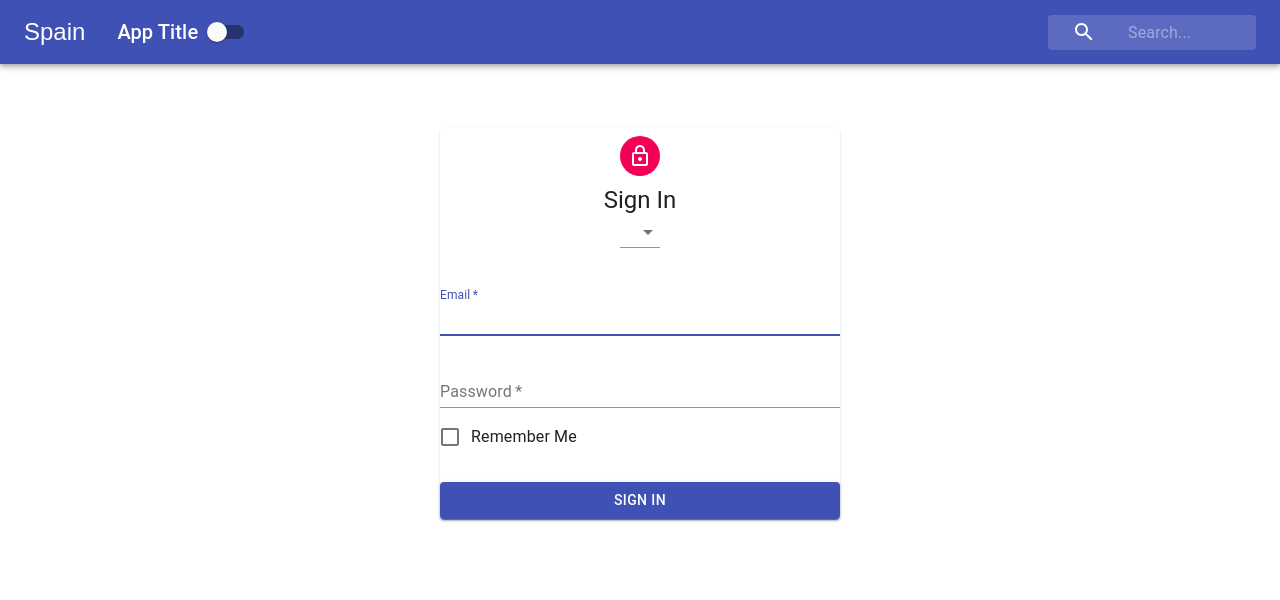
Repository: zhapar/context
Page: /
An editor plug-in stored every save of this project. The page is shown before and after the next save, followed by the edit.
The browser window is 1280 px wide. The pictures show the whole page.
The project was rebuilt for these pictures with package versions that can differ from the ones it lists, and the page was loaded fresh each time.

Above is the page before, as saved 2020-09-29 08:32:20.

### src/App.js
import React from "react";
import Navbar from "./Navbar";
import Form from "./Form";

function App() {
  return (
    <>
      <Navbar />
      <Form />
    </>
  );
}

export default App;

### src/Navbar.js
import React, { Component } from "react";
import AppBar from "@material-ui/core/AppBar";
import Toolbar from "@material-ui/core/Toolbar";
import IconButton from "@material-ui/core/IconButton";
import Typography from "@material-ui/core/Typography";
import InputBase from "@material-ui/core/InputBase";
import SearchIcon from "@material-ui/icons/Search";
import Switch from "@material-ui/core/Switch";
import { withStyles } from "@material-ui/core/styles";
import styles from "./styles/NavBarStyles";

class Navbar extends Component {
  render() {
    const { classes } = this.props;
    return (
      <div className={classes.root}>
        <AppBar position="static" color="primary">
          <Toolbar>
            <IconButton className={classes.menuButton} color="inherit">
              <span>Spain</span>
            </IconButton>
            <Typography className={classes.title} variant="h6" color="inherit">
              App Title
            </Typography>
            <Switch />
            <div className={classes.grow}></div>
            <div className={classes.search}>
              <div className={classes.searchIcon}>
                <SearchIcon />
              </div>
              <InputBase
                placeholder="Search..."
                classes={{
                  root: classes.inputRoot,
                  input: classes.inputInput,
                }}
              />
            </div>
          </Toolbar>
        </AppBar>
      </div>
    );
  }
}

export default withStyles(styles)(Navbar);

### src/Form.js
import React, { Component } from "react";
import Avatar from "@material-ui/core/Avatar";
import Button from "@material-ui/core/Button";
import CssBaseline from "@material-ui/core/CssBaseline";
import FormControl from "@material-ui/core/FormControl";
import FormControlLabel from "@material-ui/core/FormControlLabel";
import Checkbox from "@material-ui/core/Checkbox";
import Input from "@material-ui/core/Input";
import InputLabel from "@material-ui/core/InputLabel";
import LockOutlinedIcon from "@material-ui/icons/LockOutlined";
import Paper from "@material-ui/core/Paper";
import Typography from "@material-ui/core/Typography";
import MenuItem from "@material-ui/core/MenuItem";
import Select from "@material-ui/core/Select";
import withStyles from "@material-ui/core/styles/withStyles";
import styles from "./styles/FormStyles";

class Form extends Component {
  render() {
    const { classes } = this.props;
    return (
      <main className={classes.main}>
        <Paper className={classes.paper}>
          <Avatar className={classes.avatar}>
            <LockOutlinedIcon />
          </Avatar>
          <Typography variant="h5">Sign In</Typography>
          <Select>
            <MenuItem>English</MenuItem>
            <MenuItem>French</MenuItem>
            <MenuItem>Spanish</MenuItem>
          </Select>
          <form className={classes.form}>
            <FormControl margin="normal" required fullWidth>
              <InputLabel htmlFor="email">Email</InputLabel>
              <Input id="email" name="email" autoFocus />
            </FormControl>
            <FormControl margin="normal" required fullWidth>
              <InputLabel htmlFor="password">Password</InputLabel>
              <Input id="password" name="password" />
            </FormControl>
            <FormControlLabel
              control={<Checkbox color="primary" />}
              label="Remember Me"
            />
            <Button
              variant="contained"
              type="submit"
              fullWidth
              color="primary"
              className={classes.submit}
            >
              Sign In
            </Button>
          </form>
        </Paper>
      </main>
    );
  }
}

export default withStyles(styles)(Form);

### src/styles/NavBarStyles.js
import { fade } from "@material-ui/core/styles/colorManipulator";

const styles = (theme) => ({
  root: {
    width: "100%",
    marginBottom: 0,
  },
  grow: {
    flexGrow: 1,
  },
  menuButton: {
    marginLeft: "-12px",
    marginRight: "20px",
  },
  title: {
    display: "none",
    [theme.breakpoints.up("sm")]: {
      display: "block",
    },
  },
  search: {
    position: "relative",
    borderRadius: theme.shape.borderRadius,
    backgroundColor: fade(theme.palette.common.white, 0.15),
    "&:hover": {
      backgroundColor: fade(theme.palette.common.white, 0.25),
    },
    marginLeft: 0,
    width: "100%",
    [theme.breakpoints.up("sm")]: {
      marginLeft: theme.spacing.unit,
      width: "auto",
    },
  },
  searchIcon: {
    width: theme.spacing.unit * 9,
    height: "100%",
    position: "absolute",
    display: "flex",
    alignItems: "center",
    justifyContent: "center",
  },
  inputRoot: {
    color: "inherit",
    width: "100%",
  },
  inputInput: {
    paddingTop: theme.spacing.unit,
    paddingRight: theme.spacing.unit,
    paddingBottom: theme.spacing.unit,
    paddingLeft: theme.spacing.unit * 10,
    transition: theme.transitions.create("width"),
    width: "100%",
    [theme.breakpoints.up("sm")]: {
      width: "120px",
      "&:focus": {
        width: "200px",
      },
    },
  },
});

export default styles;

### src/styles/FormStyles.js
const styles = (theme) => ({
  main: {
    width: "auto",
    display: "block",
    marginLeft: theme.spacing.unit * 3,
    marginRight: theme.spacing.unit * 3,
    [theme.breakpoints.up("md")]: {
      width: 400,
      marginLeft: "auto",
      marginRight: "auto",
    },
  },
  paper: {
    marginTop: theme.spacing.unit * 8,
    display: "flex",
    flexDirection: "column",
    alignItems: "center",
  },
  avatar: {
    margin: theme.spacing.unit,
    backgroundColor: theme.palette.secondary.main,
  },
  form: {
    width: "100%",
    marginTop: theme.spacing.unit * 3,
  },
  submit: {
    marginTop: theme.spacing.unit * 3,
  },
});

export default styles;

Loaded but not shown: public/index.html (common file); src/index.js (common file); src/index.css (common file); src/serviceWorker.js (common file)

After the next save:
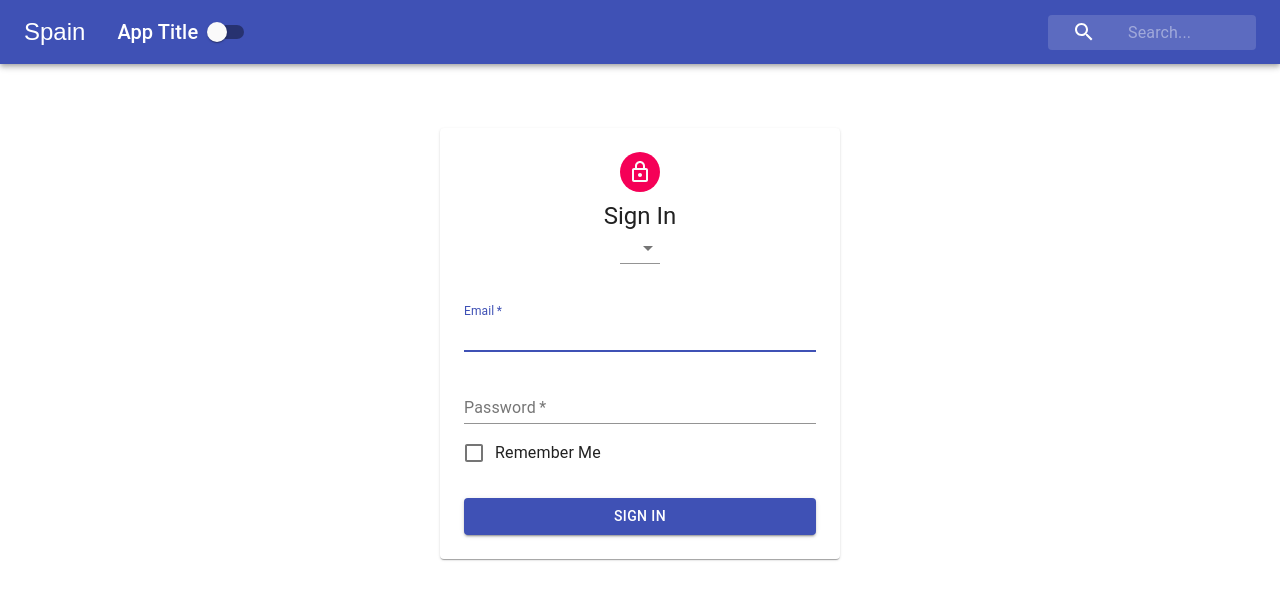
Saved 90 s later.
--- a/src/styles/FormStyles.js
+++ b/src/styles/FormStyles.js
@@ -15,6 +15,9 @@ const styles = (theme) => ({
     display: "flex",
     flexDirection: "column",
     alignItems: "center",
+    padding: `${theme.spacing.unit * 2}px ${theme.spacing.unit * 3}px ${
+      theme.spacing.unit * 3
+    }px`,
   },
   avatar: {
     margin: theme.spacing.unit,
